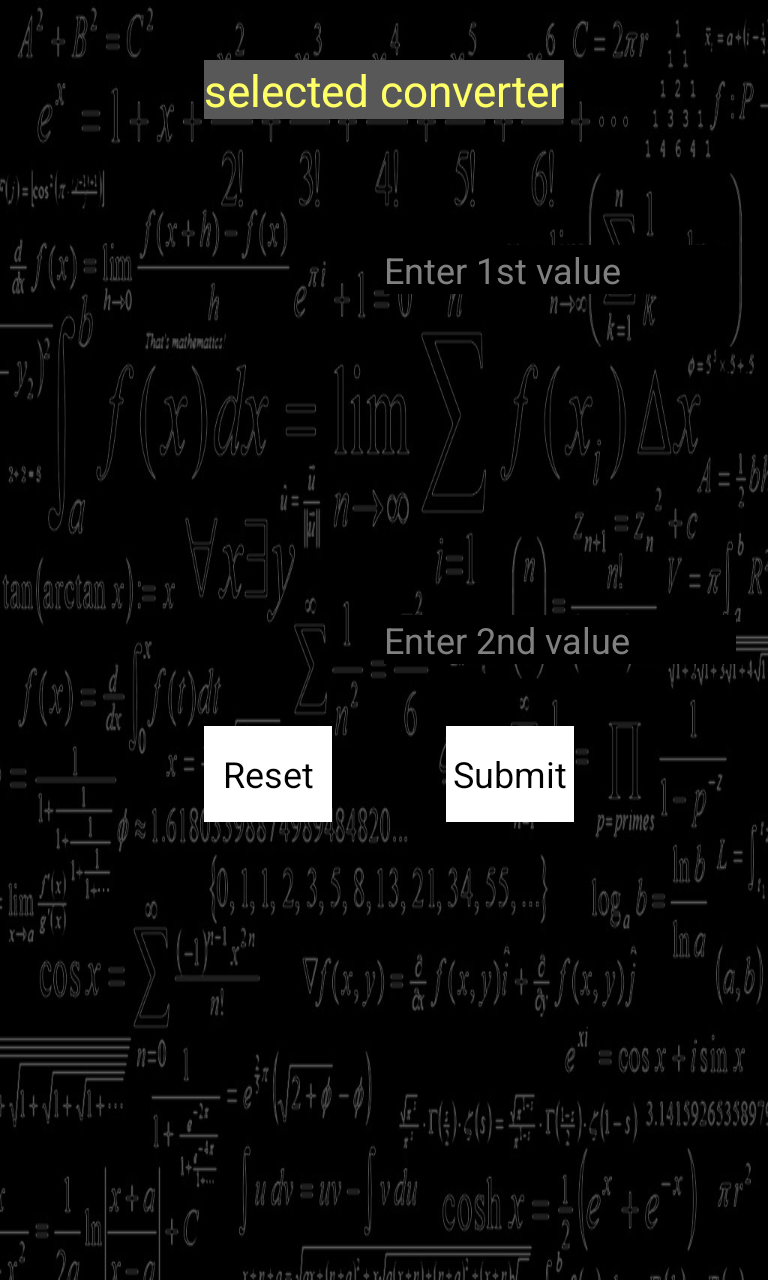
Repository: priyankaaj/practiced-apps
Layout: newProject/res/layout/activity_main.xml
These files come from the project's save history. The layout is drawn as it stood at one moment and after the next save; the edit follows.
It is drawn on a 768 x 1280 px phone screen (xhdpi) without system bars, with theme AppTheme; the app's code is not run.

Above is the layout before, as saved 2015-09-26 07:25:45.

After the next save:
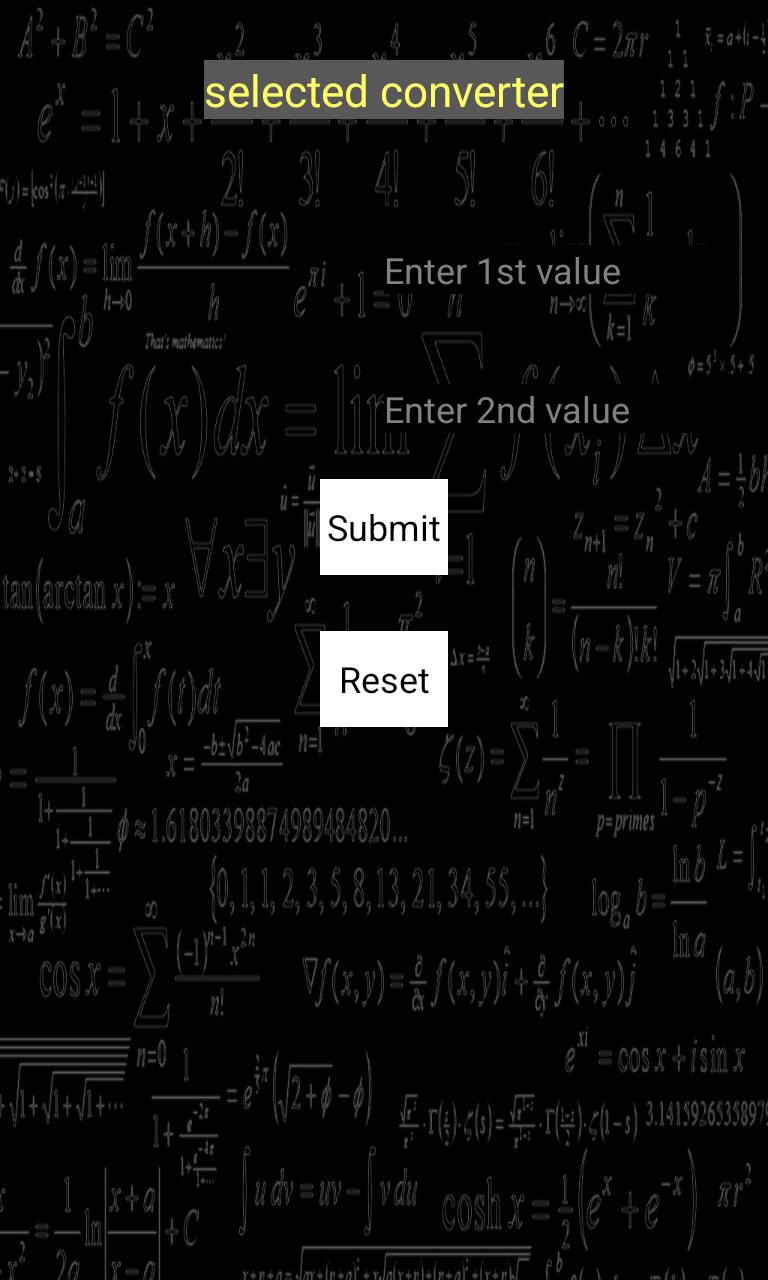
Saved 12 min 22 s later.
--- a/newProject/res/layout/activity_main.xml
+++ b/newProject/res/layout/activity_main.xml
@@ -48,34 +48,36 @@
         android:layout_width="wrap_content"
         android:layout_height="wrap_content"
         android:layout_alignLeft="@+id/entvalue1"
-        android:layout_centerVertical="true"
+        android:layout_below="@+id/entvalue1"
+        android:layout_marginTop="45dp"
         android:background="#000000"
         android:ems="10"
         android:hint="Enter 2nd value"
-        android:textColor="#ffffff" />
+        android:textColor="#ffffff" >
+
+        <requestFocus />
+    </EditText>
+
+    <Button
+        android:id="@+id/buttonsubmit"
+        android:layout_width="wrap_content"
+        android:layout_height="wrap_content"
+        android:layout_below="@+id/entvalue2"
+        android:layout_centerHorizontal="true"
+        android:layout_marginTop="23dp"
+        android:background="#ffffff"
+        android:text="Submit"
+        android:textColor="#000000" />
 
     <Button
         android:id="@+id/buttoncancel"
         android:layout_width="wrap_content"
         android:layout_height="wrap_content"
-        android:layout_alignBaseline="@+id/buttonsubmit"
-        android:layout_alignBottom="@+id/buttonsubmit"
-        android:layout_alignRight="@+id/spinnerconvertoptions"
-        android:layout_marginRight="26dp"
+        android:layout_alignLeft="@+id/buttonsubmit"
+        android:layout_below="@+id/buttonsubmit"
+        android:layout_marginTop="28dp"
         android:background="#ffffff"
         android:text="Reset"
         android:textColor="#000000" />
 
-    <Button
-        android:id="@+id/buttonsubmit"
-        android:layout_width="wrap_content"
-        android:layout_height="wrap_content"
-        android:layout_alignLeft="@+id/entvalue2"
-        android:layout_below="@+id/entvalue2"
-        android:layout_marginLeft="31dp"
-        android:layout_marginTop="31dp"
-        android:background="#ffffff"
-        android:text="Submit"
-        android:textColor="#000000" />
-
 </RelativeLayout>
